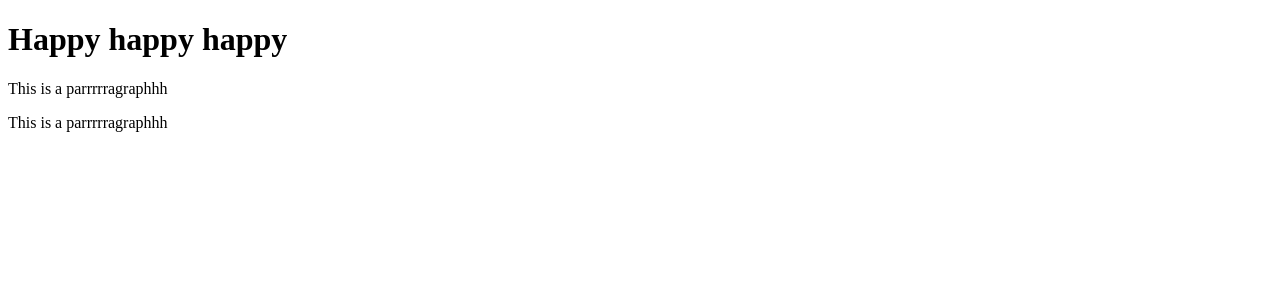
Repository: iosagie/git-test
Page: index.html
The author's editor kept a copy of each file at every save. The page is drawn from the files as they stood at one save, then again after a run of saves.
The browser window is 1280 px wide. The pictures show the whole page.

Above is the page before, as saved 2023-07-17 23:33:02.

After the next 2 saves:
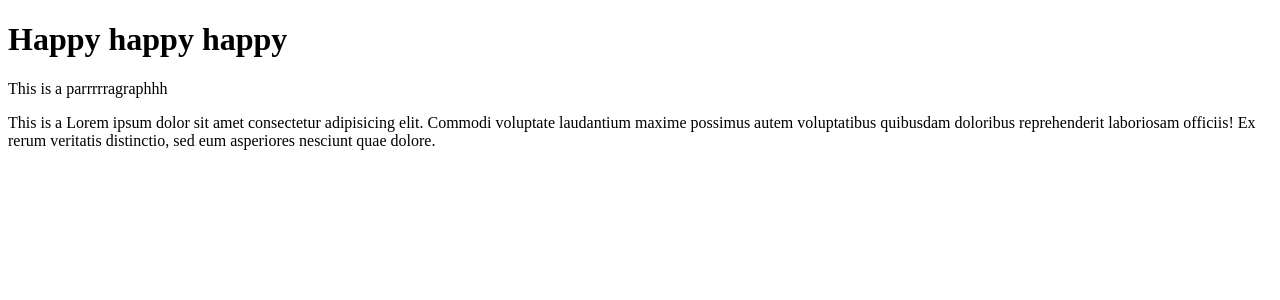
The 2 saves are shown as one change because they came seconds apart.
The last was saved 5 s later.
--- a/index.html
+++ b/index.html
@@ -8,6 +8,9 @@
     <body>
         <h1>Happy happy happy</h1>
         <p>This is a parrrrragraphhh</p>
-        <p>This is a parrrrragraphhh</p>
+        <p>This is a Lorem ipsum dolor sit amet consectetur adipisicing elit.
+            Commodi voluptate laudantium maxime possimus autem voluptatibus
+            quibusdam doloribus reprehenderit laboriosam officiis! Ex rerum
+            veritatis distinctio, sed eum asperiores nesciunt quae dolore.</p>
     </body>
 </html>
